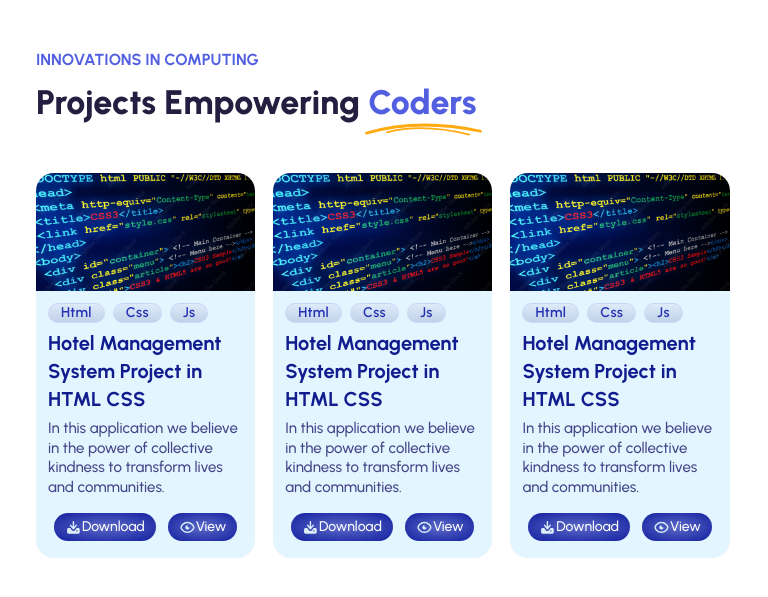
Repository: sharma171/jtccreativeideas
Page: /newsection (app in nextjssite/)
The author's editor kept a copy of each file at every save. The page is drawn from the files as they stood at one save, then again after the next save.
The browser window is 768 px wide. The pictures show the whole page.
The project was rebuilt for these pictures with package versions that can differ from the ones it lists, and the page was loaded fresh each time. The framework's server and built-in components were replaced by stand-ins that run in the browser. Also part of the build but not shown: nextjssite/next.config.mjs.

Above is the page before, as saved 2024-03-28 16:52:59.

After the next save:
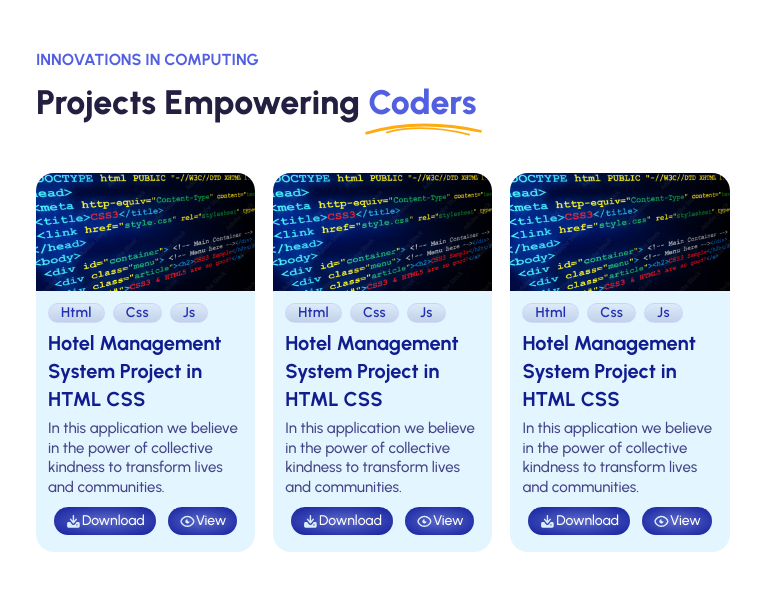
Saved 33 s later.
--- a/nextjssite/src/app/newsection/page.css
+++ b/nextjssite/src/app/newsection/page.css
@@ -165,7 +165,7 @@ section.projects {
     .project-cards li .card-inner .info .cardpara {
         font-size: 15px;
         line-height: 1.3em;
-        padding-bottom: 4px;
+        margin-bottom: 4px;
     }
 
     .project-cards {
